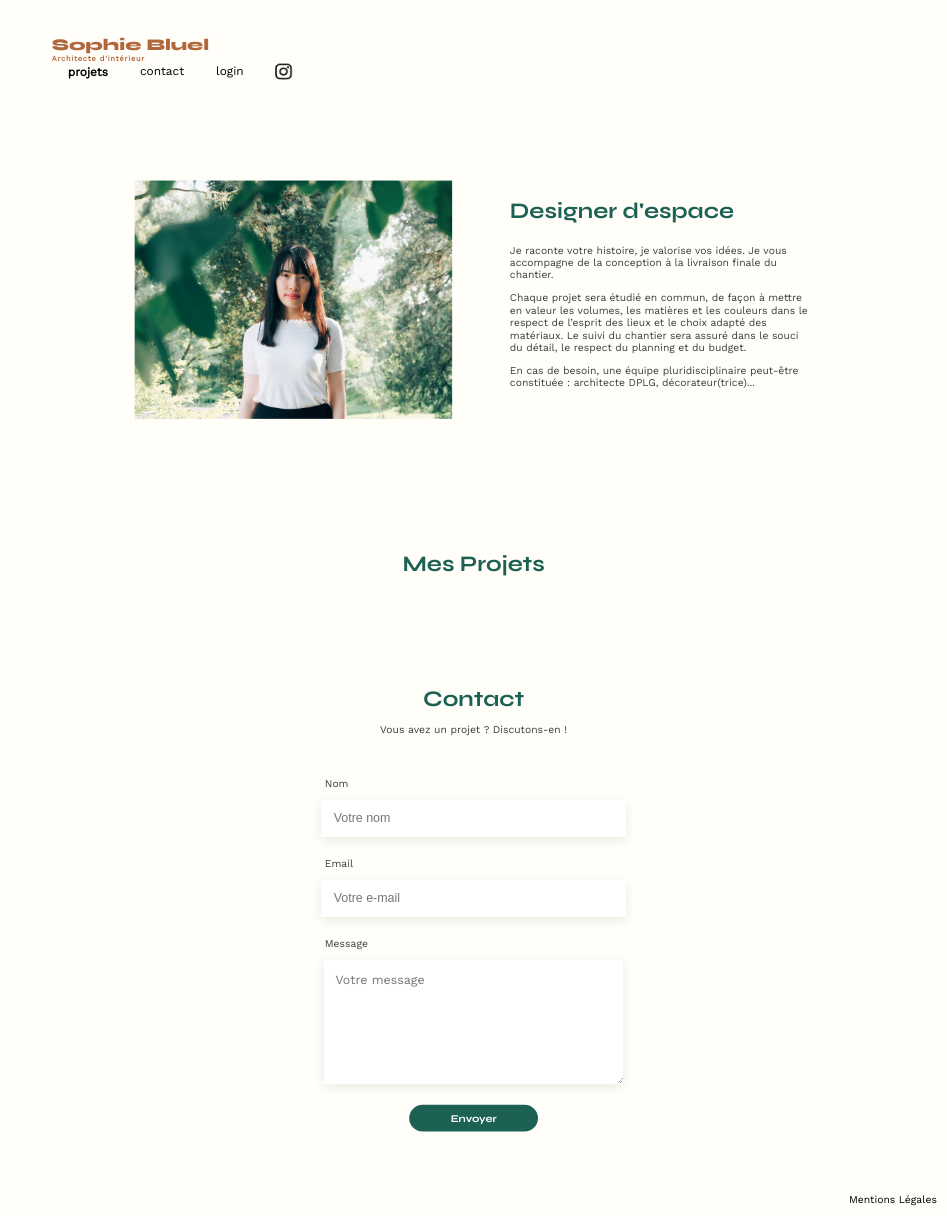
Repository: BlueSoley23/openclassrooms
Page: FrontEnd/index.html
These files come from the project's save history. The page is drawn as it stood at one moment and after a run of saves; the edit follows.
The browser window is 1280 px wide. The pictures show the whole page, at 74% of full size.
The page's requests for data from a server got no answer.

Above is the page before, as saved 2023-12-21 07:27:27.
Console error: TypeError: categories is not iterable

After the next 2 saves:
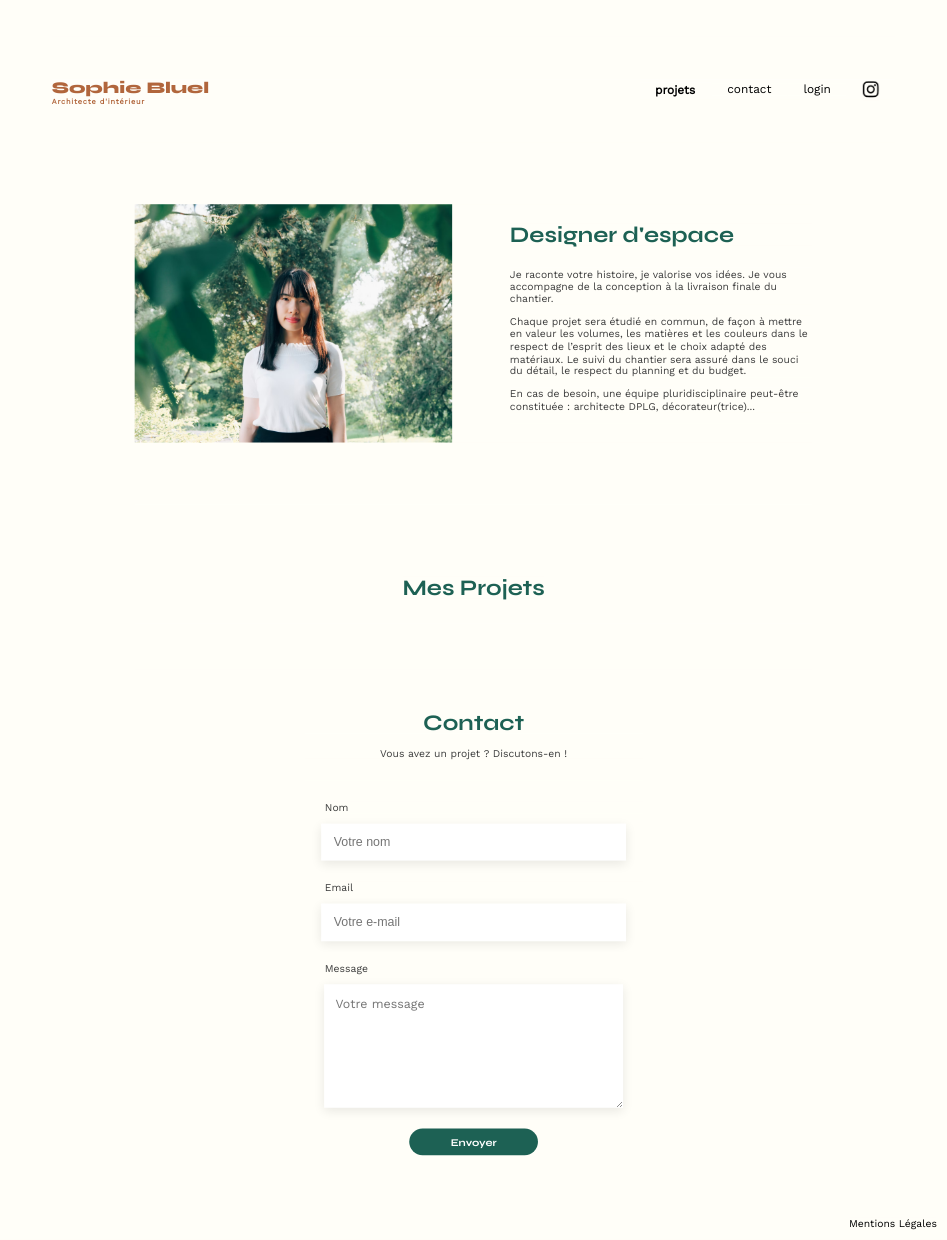
The 2 saves are shown as one change because they came seconds apart.
The last was saved 42 s later.
--- a/FrontEnd/assets/css/style.css
+++ b/FrontEnd/assets/css/style.css
@@ -554,7 +554,16 @@
 		align-items: auto;
 	}
 
-
+	.header {
+		display: flex;
+		flex-direction: column;
+	}
+
+	.header-block {
+		margin-top: 59px;
+		display: flex;
+		justify-content: space-between;
+	  }
 
 		.modifier-link__content {
 			display: flex;
